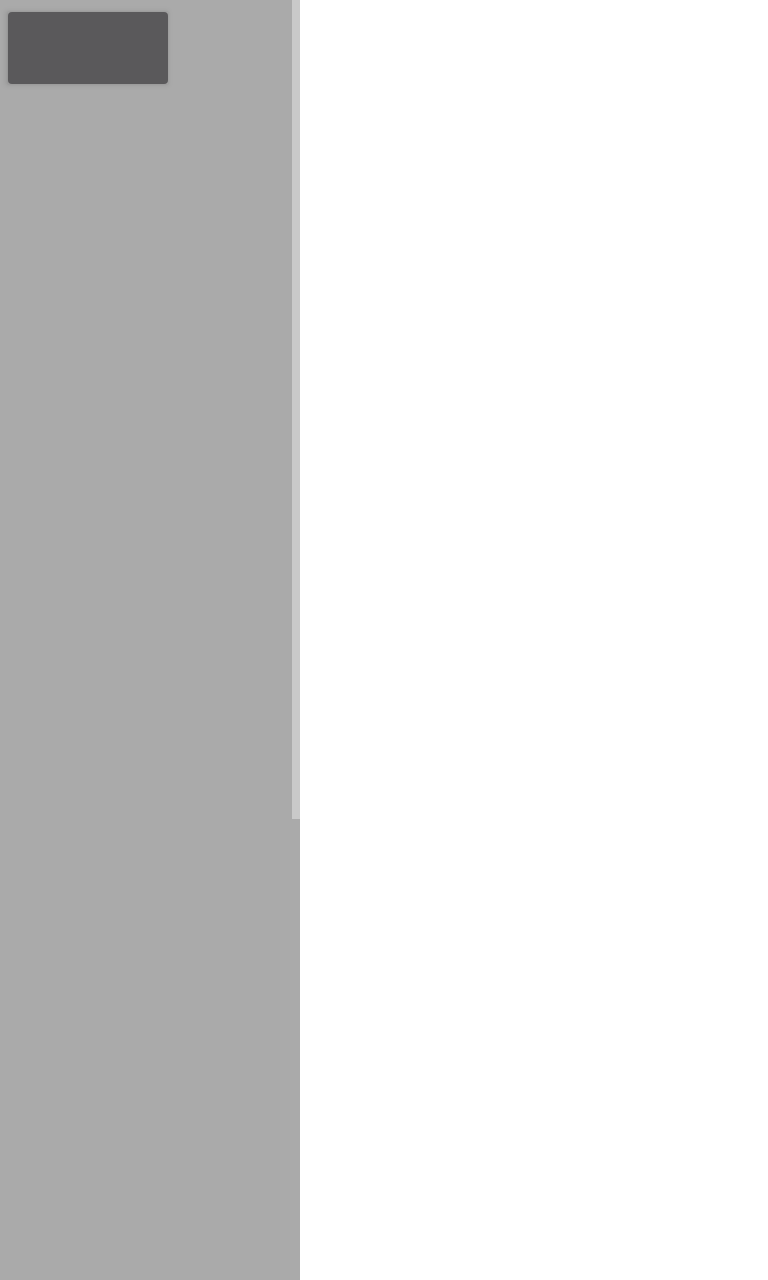
Repository: qfornaguera/AppQuelogy
Layout: AppQueology/res/layout/activity_main.xml
These files come from the project's save history. The layout is drawn as it stood at one moment and after the next save; the edit follows.
It is drawn on a 768 x 1280 px phone screen (xhdpi) without system bars, with theme Theme.AppCompat; the app's code is not run.

Above is the layout before, as saved 2014-05-27 21:56:44.

After the next save:
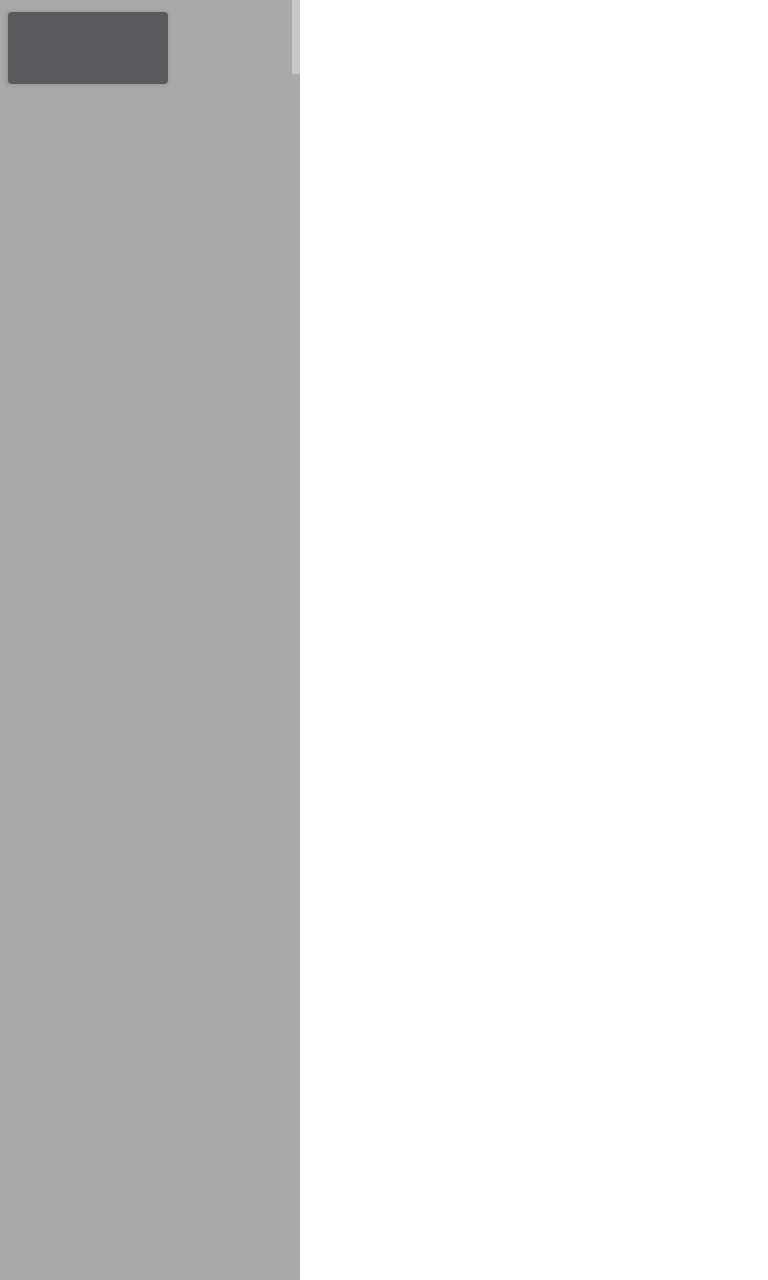
Saved 35 s later.
--- a/AppQueology/res/layout/activity_main.xml
+++ b/AppQueology/res/layout/activity_main.xml
@@ -30,7 +30,7 @@
             <RelativeLayout
                 android:id="@+id/content"
                 android:layout_width="150dp"
-                android:layout_height="1000dp"
+                android:layout_height="11000dp"
                 android:background="#AAAAAA"
                 android:orientation="vertical">
 
